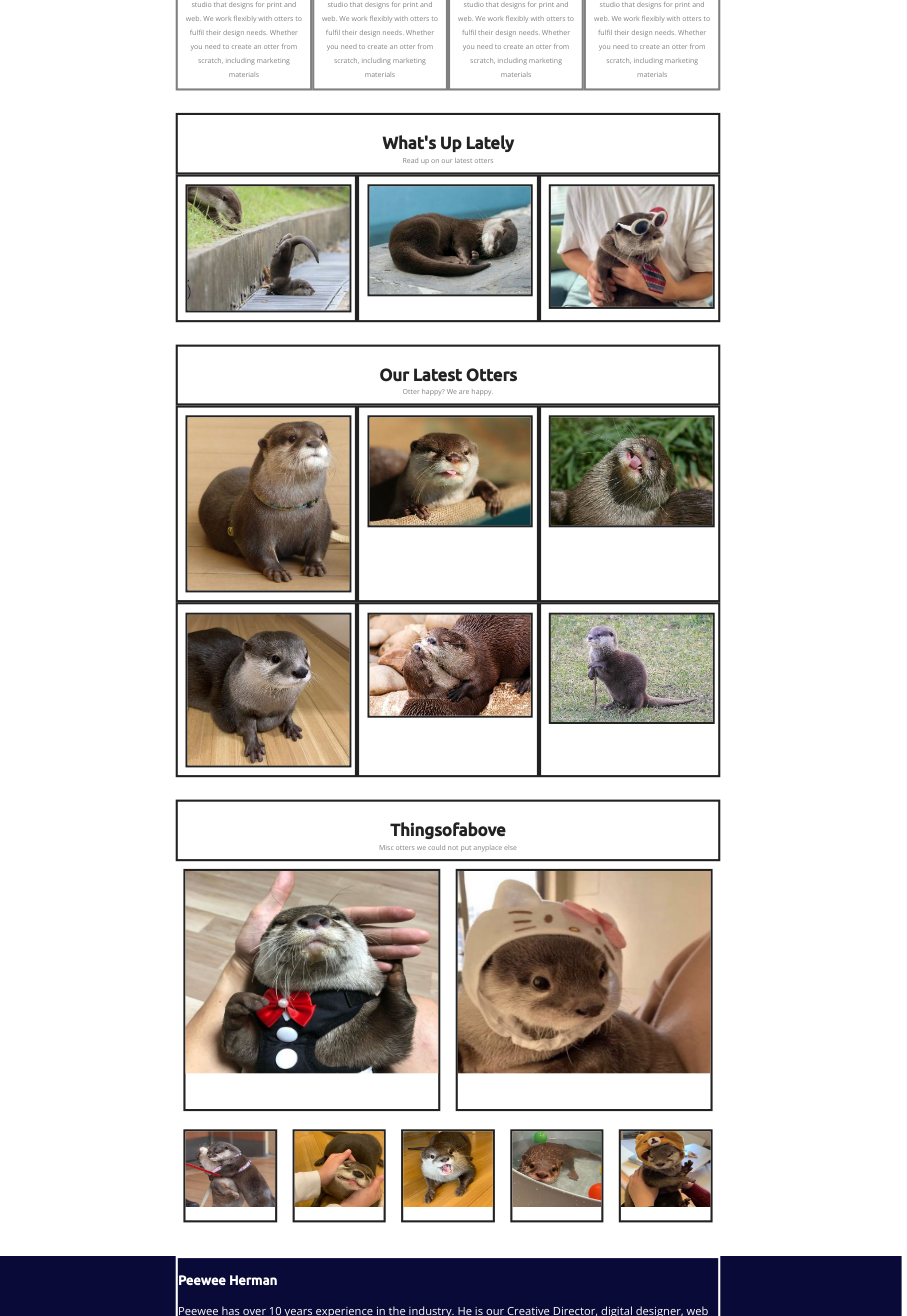
Repository: kennyharman/Marlowe_Kenny_Lab_02B
Page: index.html
These files come from the project's save history. The page is drawn as it stood at one moment and after the next save; the edit follows.
The browser window is 1280 px wide. The page is 1296 px wide, so the pictures cover 1296 px, including what lies to the right of the window. The pictures show the part of the page from y = 825 to 2705 px (the page is 2873 px tall before and 2750 px after), at 70% of full size.

Above is the page before, as saved 2024-02-08 19:12:21.

After the next save:
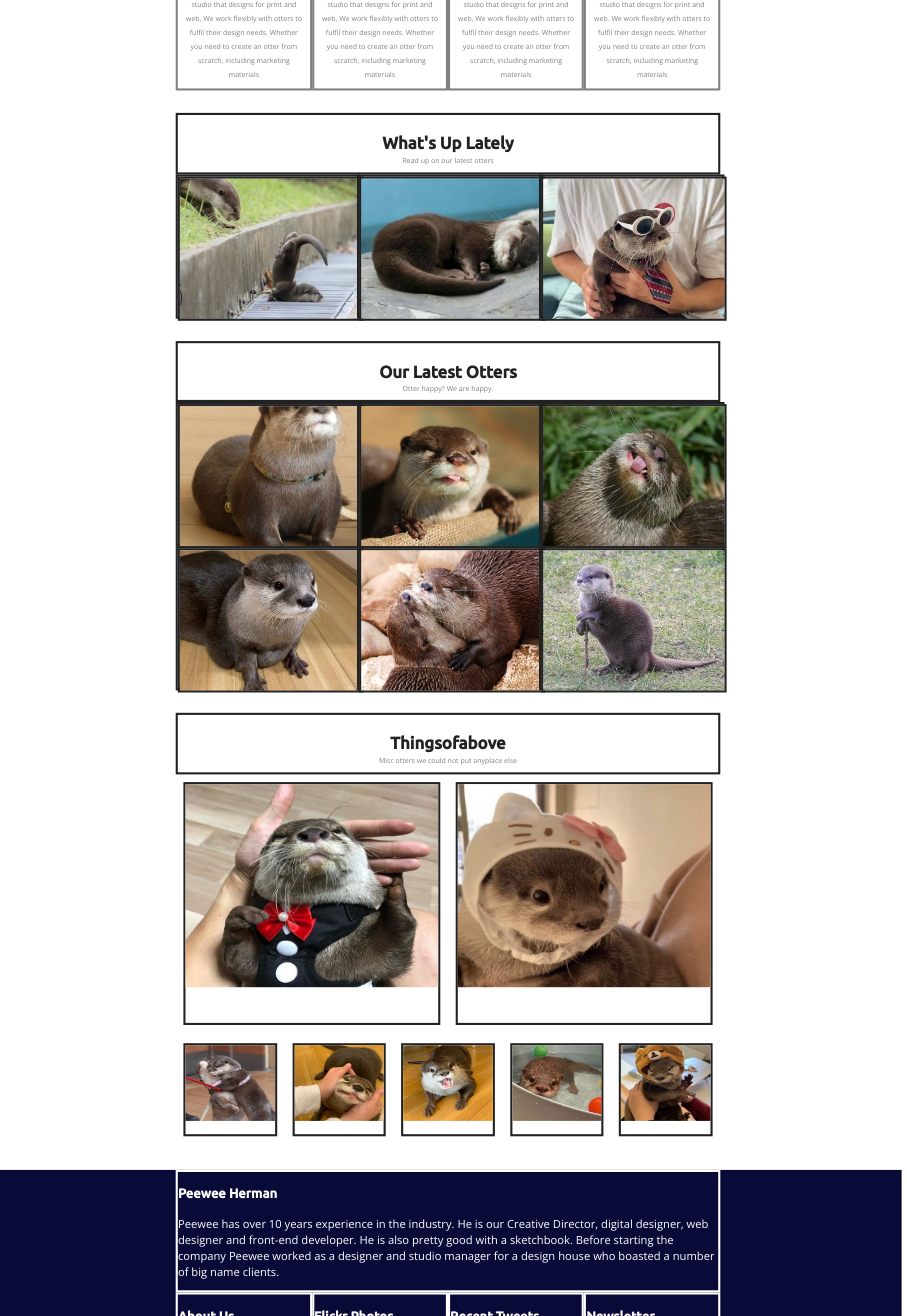
Saved 4 min 2 s later.
--- a/css/style.css
+++ b/css/style.css
@@ -365,12 +365,14 @@ p {
 }
 
 .image {
-  padding: 0.7rem;
-  object-fit: cover;
+  width: 100%;
+  height: 200px;
 }
 
 .image > img {
   width: 100%;
+  height: 100%;
+  object-fit: cover;
   border: solid;
 }
 
